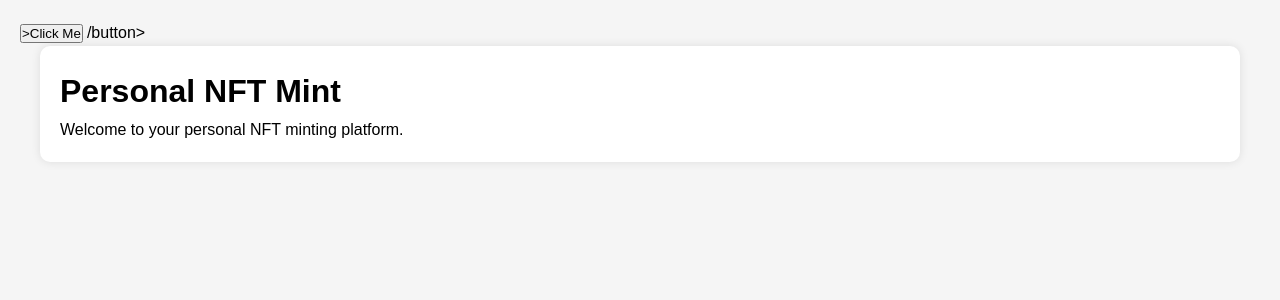
Repository: Ch3fC0d3/-MACT6340
Page: index.html
These files come from the project's save history. The page is drawn as it stood at one moment and after the next save; the edit follows.
The browser window is 1280 px wide. The pictures show the whole page.

Above is the page before, as saved 2025-01-15 10:01:37.

After the next save:
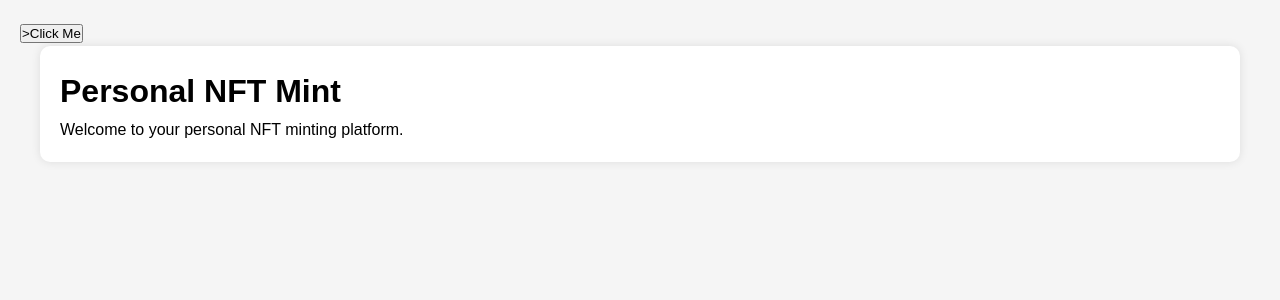
Saved 37 s later.
--- a/index.html
+++ b/index.html
@@ -11,7 +11,7 @@
     <link rel="stylesheet" href="./CSS/style.css">
 </head>
 <body>
-    <button id="TestButton">>Click Me</button><button></button>/button>
+    <button id="TestButton">>Click Me</button>
     <script type="module" src="./js/index.js"></script>
 </body>
 </html>
